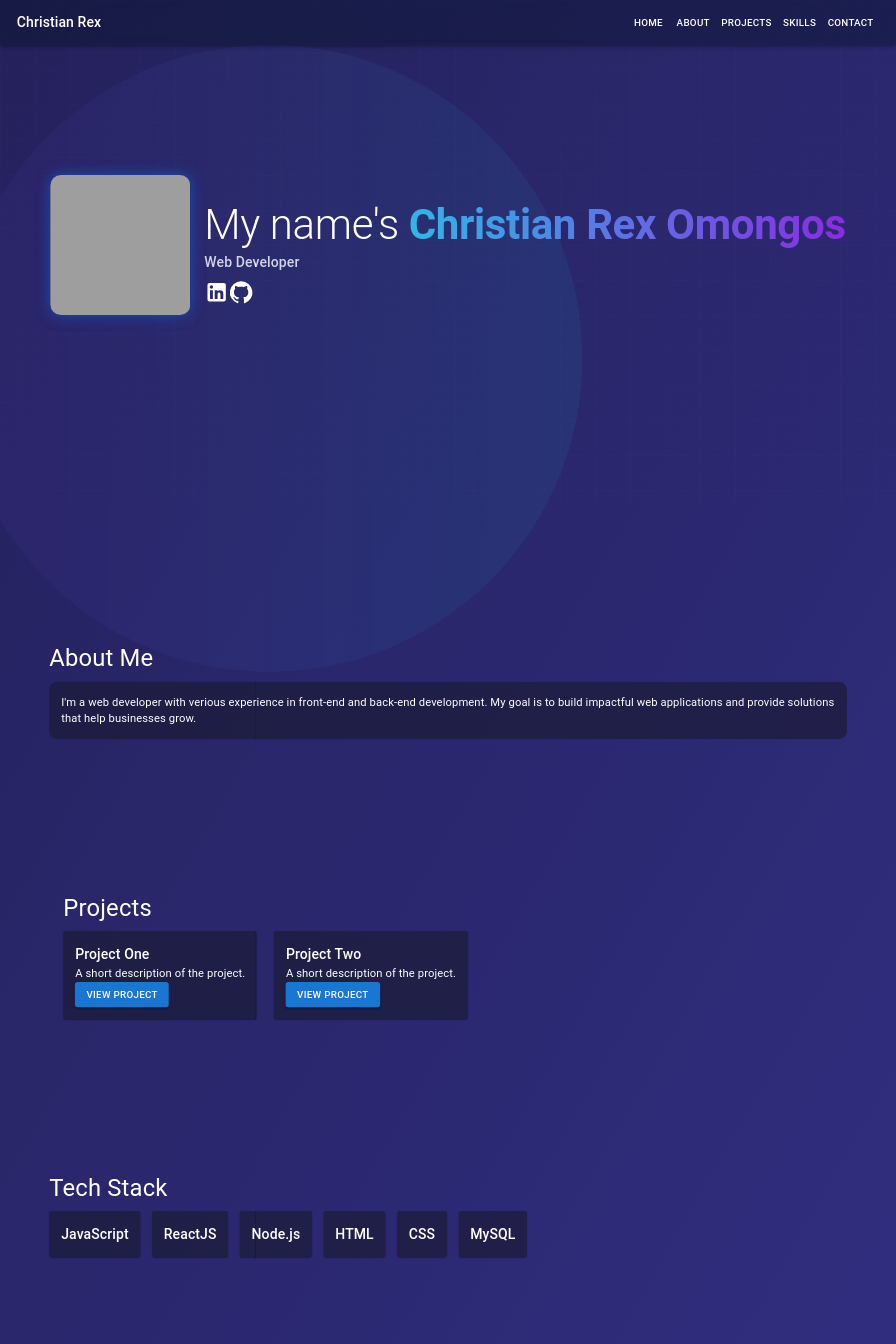
Repository: mikeshadowcoder/myWeb
Page: /
The author's editor kept a copy of each file at every save. The page is drawn from the files as they stood at one save, then again after the next save.
The browser window is 1280 px wide. The pictures show the part of the page from y = 0 to 1920 px (the page is 2643 px tall), at 70% of full size.
Pictures or frames that could not be fetched are drawn as grey boxes. The project was rebuilt for these pictures with package versions that can differ from the ones it lists, and the page was loaded fresh each time.

Above is the page before, as saved 2026-01-21 16:42:06.

After the next save:
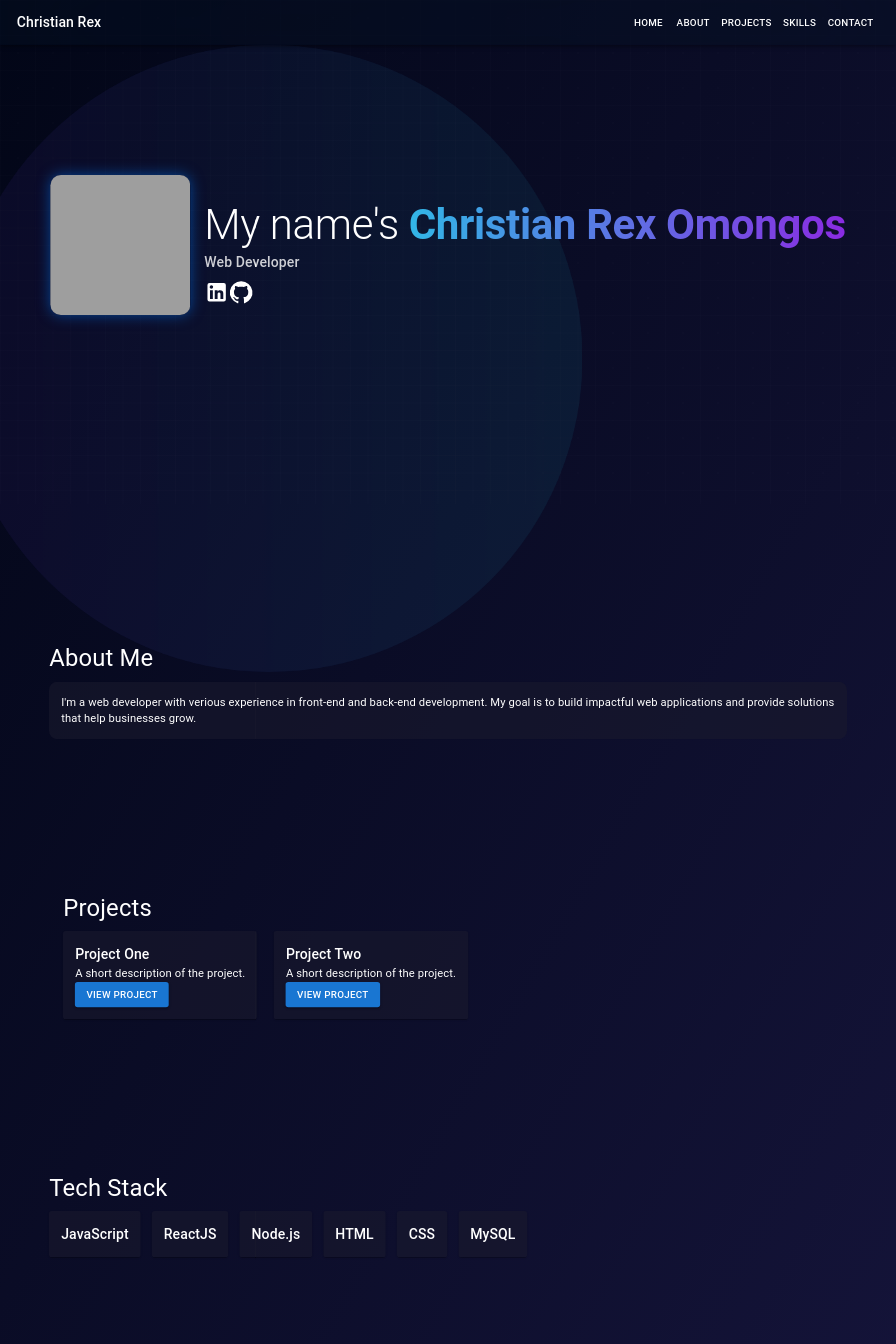
Saved 47 s later.
--- a/src/styles/global.css
+++ b/src/styles/global.css
@@ -3,18 +3,18 @@
   background:
     linear-gradient(120deg, #020617, #1e1b4b, #312e81, #0f172a);
   background-size: 400% 400%;
-  animation: gradientShift 30s ease infinite;
+  /* animation: gradientShift 30s ease infinite; */
     color: white;
     margin: 0;
     padding: 0;
     font-family: 'Arial', sans-serif;
   }
 
-  @keyframes gradientShift {
+  /* @keyframes gradientShift {
   0%   { background-position: 0% 50%; }
   50%  { background-position: 100% 50%; }
   100% { background-position: 0% 50%; }
-}
+} */
 
 /* @media (prefers-reduced-motion: reduce) {
   body {
